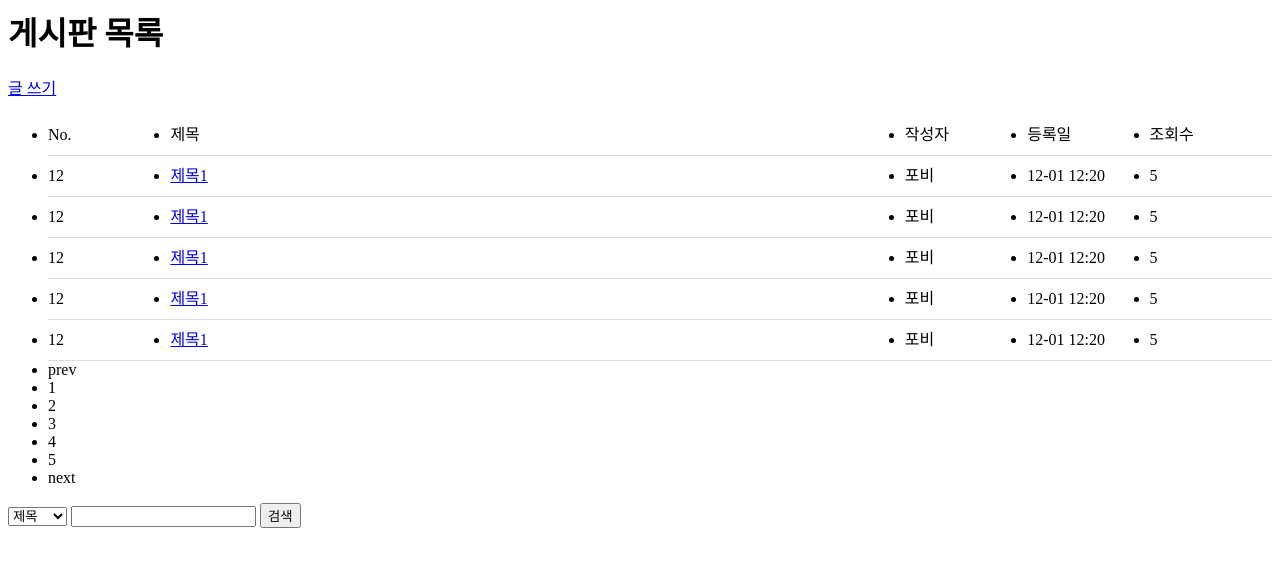
Repository: smg1024/StudySpring
Page: http://localhost/webSpringTest/WEB-INF/views/board/boardList.jsp
An editor plug-in stored every save of this project. The page is shown before and after the next save, followed by the edit.
The browser window is 1280 px wide. The pictures show the whole page.
The page is served by Tomcat 9. Nobody is signed in. The template is opened directly, without the code that normally fills it, so the values that code supplies are empty.

Above is the page before, as saved 2022-12-14 01:23:01.

After the next save:
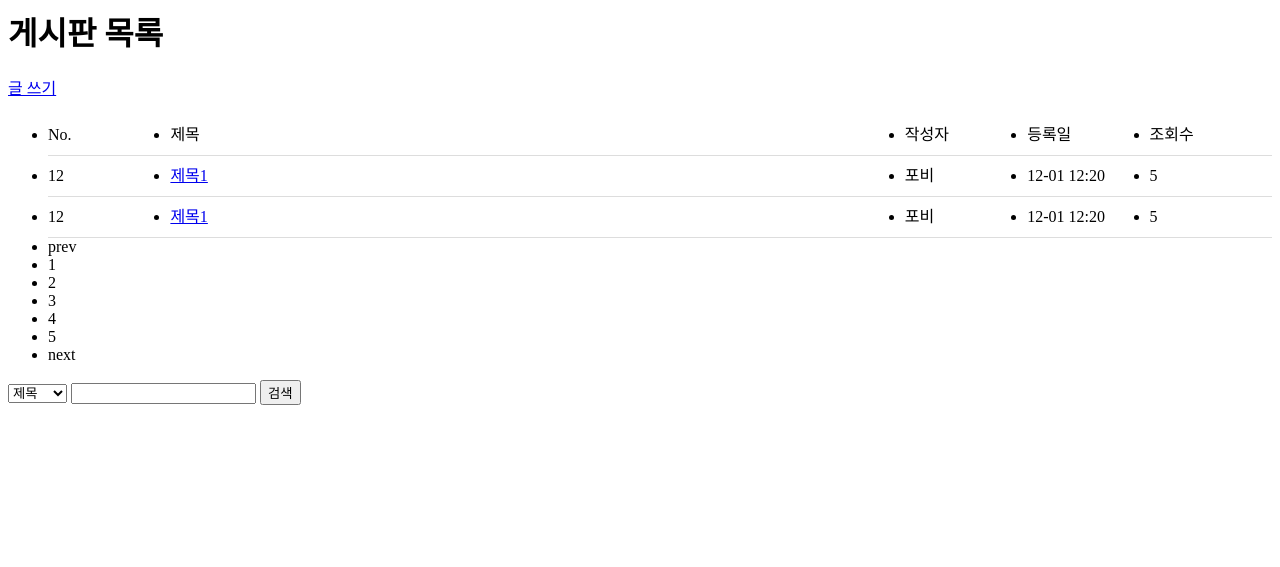
Saved 10 s later.
--- a/webSpringTest/src/main/webapp/WEB-INF/views/board/boardList.jsp
+++ b/webSpringTest/src/main/webapp/WEB-INF/views/board/boardList.jsp
@@ -16,24 +16,6 @@
 		<li>조회수</li>
 
 		<li>12</li>
-		<li><a href="/myapp/board/boardView?postno=#">제목1</a></li>
-		<li>포비</li>
-		<li>12-01 12:20</li>
-		<li>5</li>
-
-		<li>12</li>
-		<li><a href="/myapp/board/boardView?postno=#">제목1</a></li>
-		<li>포비</li>
-		<li>12-01 12:20</li>
-		<li>5</li>
-
-		<li>12</li>
-		<li><a href="/myapp/board/boardView?postno=#">제목1</a></li>
-		<li>포비</li>
-		<li>12-01 12:20</li>
-		<li>5</li>
-		<li>12</li>
-
 		<li><a href="/myapp/board/boardView?postno=#">제목1</a></li>
 		<li>포비</li>
 		<li>12-01 12:20</li>
